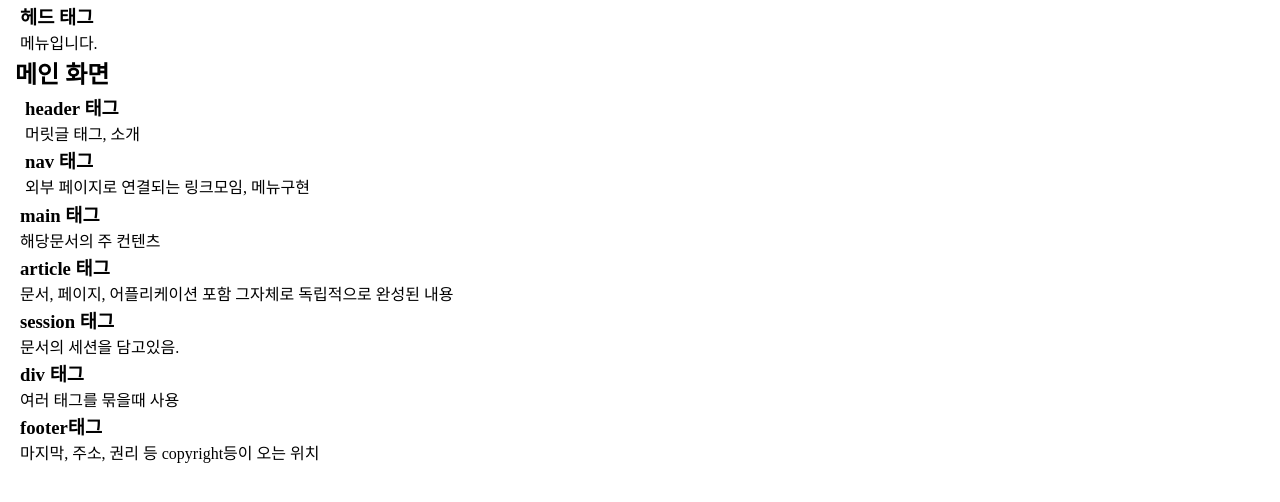
Repository: marudaga/html-css-lecture
Page: work/study/src/main/webapp/htmlEx/ch03/ex10.html
An editor plug-in stored every save of this project. The page is shown before and after the next save, followed by the edit.
The browser window is 1280 px wide. The pictures show the whole page.

Above is the page before, as saved 2022-09-07 01:31:16.

### work/study/src/main/webapp/htmlEx/ch03/ex10.html
<!DOCTYPE html>
<html>
<head>
<meta charset="UTF-8">
<title>Insert title here</title>
<style type="text/css">
* {
	margin:1px 5px; padding:0;
}
header, main,footer{
}
</style>

</head>
<body>
	<header>
		<h3>헤드 태그</h3>
		<nav>메뉴입니다.</nav>
	</header>
	<main></main>
	<h2>메인 화면</h2>

	<section style="float: left; width: 65%;">
		<article>
			<h3>header 태그</h3>
			<p>머릿글 태그, 소개</p>
		</article>

		<article>
			<h3>nav 태그</h3>
			<p>외부 페이지로 연결되는 링크모임, 메뉴구현</p>
		</article>
	</section>
	<aside style="float: right; width: 30%;"></aside>
	<div style="clear: both;"></div>

	<article>
		<h3>main 태그</h3>
		<p>해당문서의 주 컨텐츠</p>
	</article>
	<article>
		<h3>article 태그</h3>
		<p>문서, 페이지, 어플리케이션 포함 그자체로 독립적으로 완성된 내용</p>

	</article>

	<article>
		<h3>session 태그</h3>
		<p>문서의 세션을 담고있음.</p>
	</article>
	<article>
		<h3>div 태그</h3>
		<p>여러 태그를 묶을때 사용</p>
	</article>
	<footer>
	<h3>footer태그</h3>
	<p>마지막, 주소, 권리 등 copyright등이 오는 위치
	</footer>
</body>
</html>

After the next save:
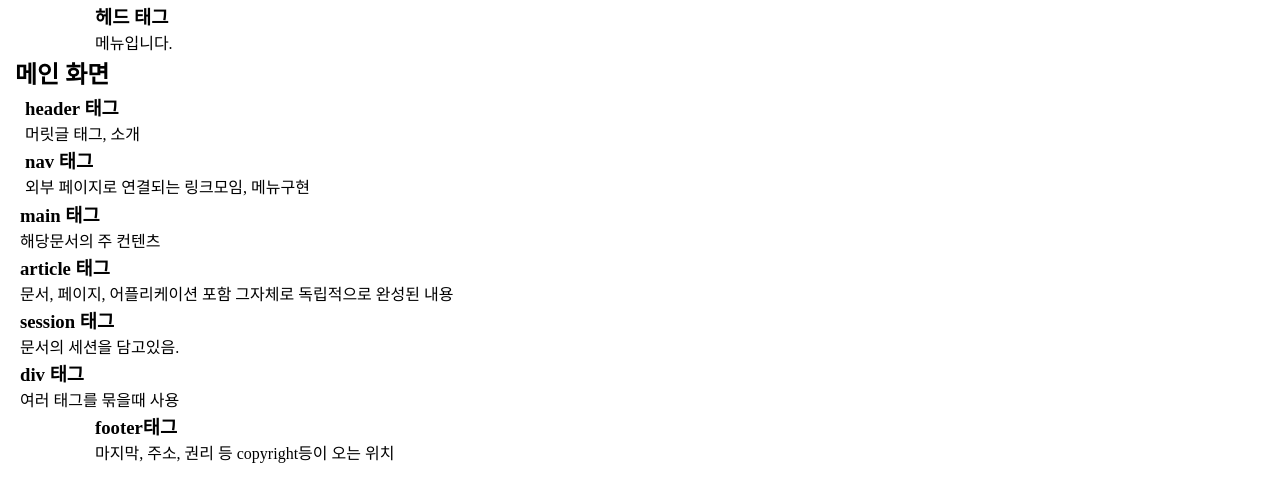
Saved 20 s later.
--- a/work/study/src/main/webapp/htmlEx/ch03/ex10.html
+++ b/work/study/src/main/webapp/htmlEx/ch03/ex10.html
@@ -8,6 +8,7 @@
 	margin:1px 5px; padding:0;
 }
 header, main,footer{
+	width: 1100px; margin: 0 auto;
 }
 </style>
 
